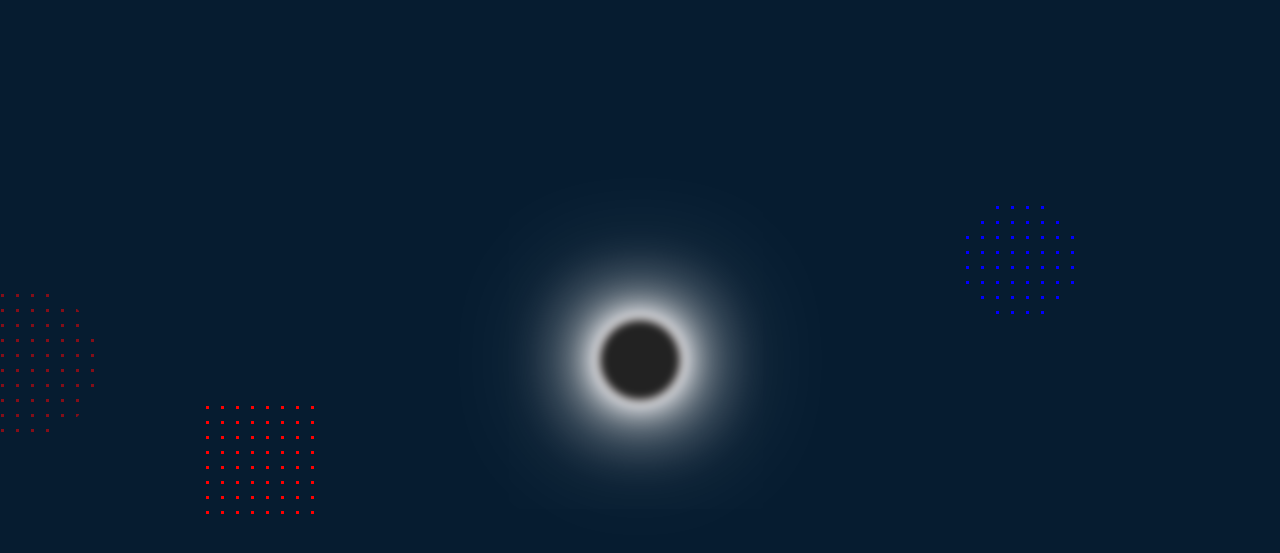
Repository: AdeniranZion/RC-Academy
Page: http://localhost/test/page.php
These files come from the project's save history. The page is drawn as it stood at one moment and after the next save; the edit follows.
The browser window is 1280 px wide. The pictures show the whole page.
The page is run by PHP 8.4 with error messages shown; the project is at /var/www/html/.

Above is the page before, as saved 2024-06-24 11:39:07.

### test/page.php
<!DOCTYPE html>
<html lang="en">
<head>
  <meta charset="utf-8" />
  <title>Neon Object Movement</title>
  <meta name="viewport" content="width=device-width, initial-scale=1, minimum-scale=1, maximum-scale=1" />
  <style>
    body, html {
      margin: 0;
      padding: 0;
      height: 100%;
      overflow: hidden; /* Prevent scrollbars */
    }

    .neon-container {
      position: relative;
      width: 100%;
      height: 100%;
      display: flex;
      justify-content: center;
      align-items: center;
      background-color: #061c30;
      overflow: hidden; /* Prevent object from going out of bounds */
    }

    .neon-object {
      position: absolute;
      width: 80px;
      height: 80px;
      border-radius: 50%;
      background-color: #222; /* Add a background color for visibility */
      box-shadow: 0 0 10px #fed, 0 0 20px #dde, 0 0 30px #fff, 0 0 40px #ddd, 0 0 70px #ddd, 0 0 80px #ddd, 0 0 100px #ddd, 0 0 150px #ddd;
      filter: blur(4px); /* Add Gaussian blur effect */
      pointer-events: none; /* Prevent mouse events on the object itself */
      transition: transform 0.1s ease-out; /* Smooth movement */
    }

    .neon-object-2 {
      width: 120px;
      height: 120px;
      border-radius: 3px;
      background-image: radial-gradient(circle, red 15%, transparent 5%); /* Dotted pattern */
      background-size: 15px 15px; /* Size of each dot */
      background-position: 0 0; /* Start position of background */
      position: fixed;
      bottom: 200px;
      left: 200px;
      transition: transform 0.1s ease-out; /* Smooth movement */
    }
    .neon-object-3 {
      width: 120px;
      height: 120px;
      border-radius: 100px;
      background-image: radial-gradient(circle, blue 15%, transparent 5%); /* Dotted pattern */
      background-size: 15px 15px; /* Size of each dot */
      background-position: 0 0; /* Start position of background */
      position: fixed;
      top: 200px;
      right: 200px;
      transition: transform 0.1s ease-out; /* Smooth movement */
    }

    /* Styling for the rotating circle */
    .rotating-circle {
      position: fixed;
      left: -50px; /* Adjust position as needed */
      top: 40%; /* Center vertically */
      width: 150px;
      height: 150px;
      border-radius: 50%;
      /* background-color: rgba(255, 0, 0, 0.5); */
      animation: rotate 4s linear infinite; /* Rotate animation */
      background-image: radial-gradient(circle, rgba(255, 0, 0, 0.5) 15%, transparent 5%); /* Dotted pattern */
      background-size: 15px 15px; /* Size of each dot */
      background-position: 0 0; /* Start position of background */
      position: fixed;
    }

    @keyframes rotate {
      from {
        transform: rotate(0deg);
      }
      to {
        transform: rotate(360deg);
      }
    }

  </style>
</head>
<body>
  <div class="neon-container">
    <div class="neon-object"></div>
    <div class="neon-object-2"></div>
    <div class="neon-object-3"></div>
  </div>

  <!-- Rotating circle element -->
  <div class="rotating-circle"></div>

  <script>
    document.addEventListener('mousemove', function(e) {
      const neonObject = document.querySelector('.neon-object');
      const neonObject2 = document.querySelector('.neon-object-2');
      const neonObject3 = document.querySelector('.neon-object-3');
      const container = document.querySelector('.neon-container');

      // Get the mouse position relative to the container
      const rect = container.getBoundingClientRect();
      const centerX = rect.left + rect.width / 2;
      const centerY = rect.top + rect.height / 2;

      // Calculate the distance from the center
      const distanceX = e.clientX - centerX;
      const distanceY = e.clientY - centerY;

      // Set a multiplier to control the trailing effect
      const multiplier = 0.04; // Adjust this value for the trailing effect

      // Update the position of neon-object with a trailing effect
      neonObject.style.transform = `translate(${multiplier * distanceX}px, ${multiplier * distanceY}px)`;

      // Update the position of neon-object-2 with the same trailing effect
      neonObject2.style.transform = `translate(${multiplier * distanceX}px, ${multiplier * distanceY}px)`;

      // Update the position of neon-object-3 with the opposite trailing effect
      neonObject3.style.transform = `translate(${-multiplier * distanceX}px, ${-multiplier * distanceY}px)`;
    });
  </script>
</body>
</html>

After the next save:
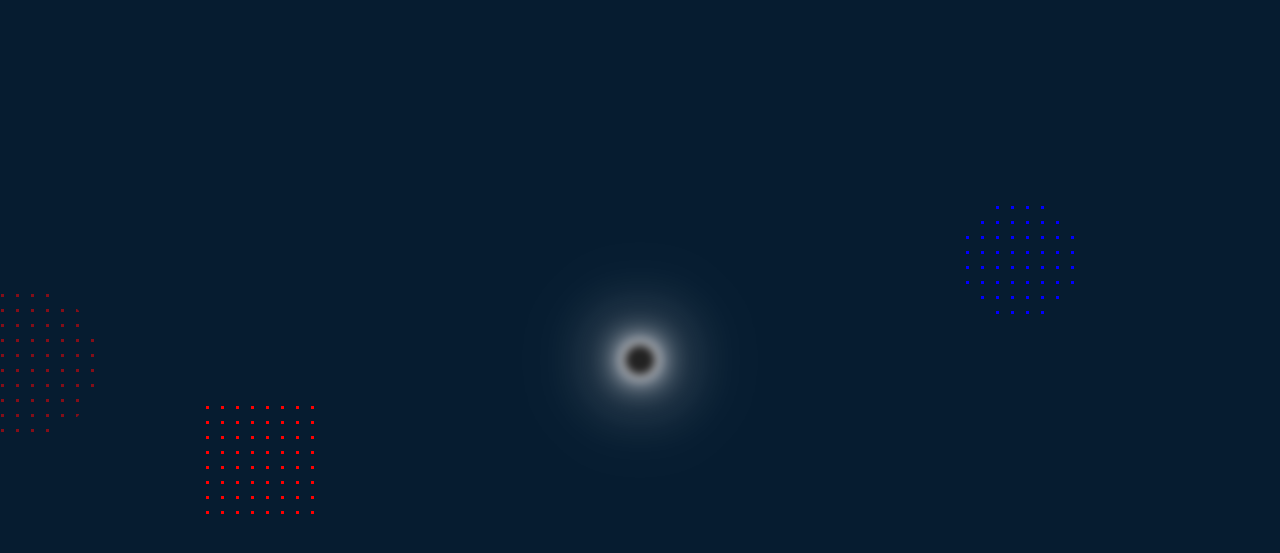
Saved 13 s later.
--- a/test/page.php
+++ b/test/page.php
@@ -25,8 +25,8 @@
 
     .neon-object {
       position: absolute;
-      width: 80px;
-      height: 80px;
+      width: 30px;
+      height: 30px;
       border-radius: 50%;
       background-color: #222; /* Add a background color for visibility */
       box-shadow: 0 0 10px #fed, 0 0 20px #dde, 0 0 30px #fff, 0 0 40px #ddd, 0 0 70px #ddd, 0 0 80px #ddd, 0 0 100px #ddd, 0 0 150px #ddd;
